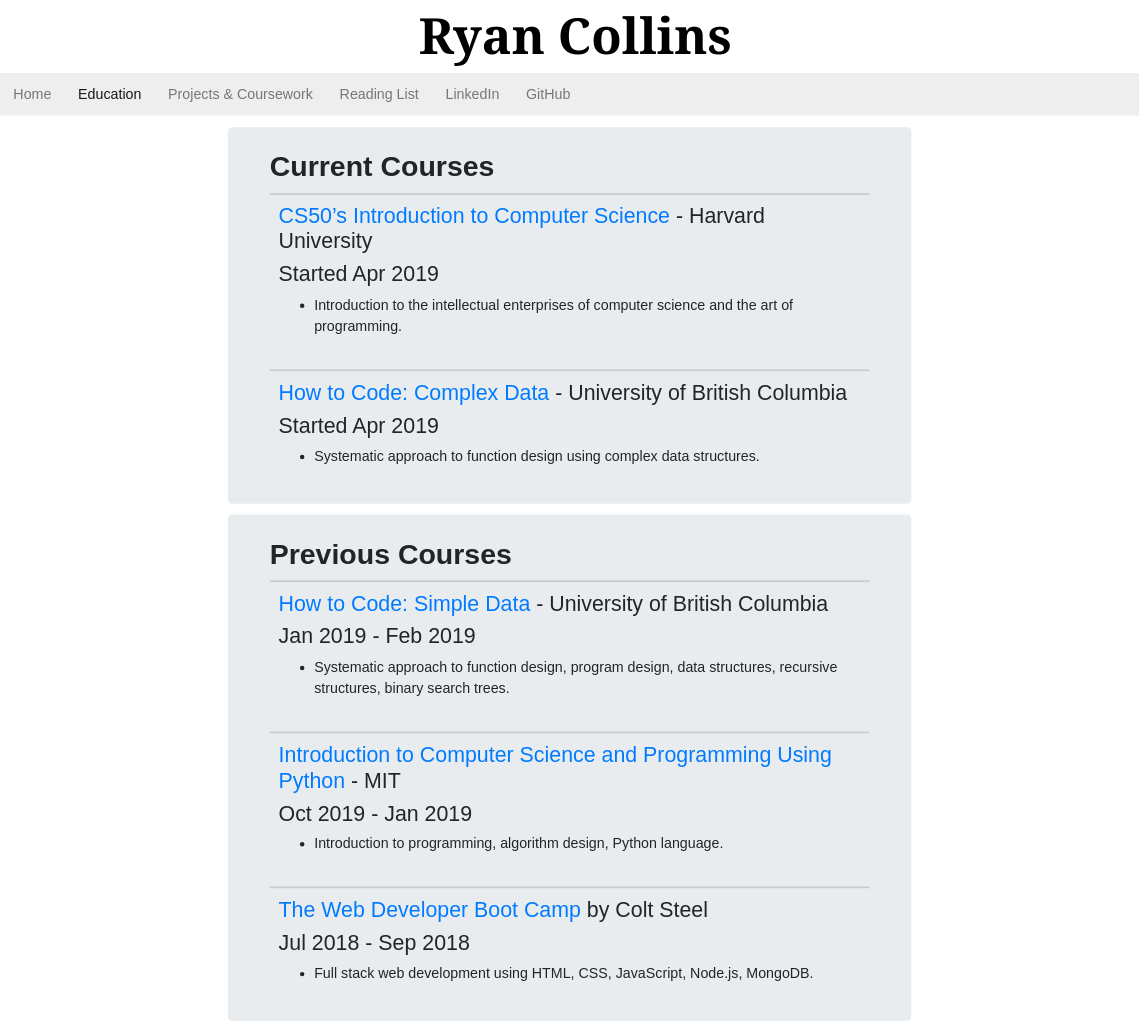
Repository: RyanMCollins/cs50
Page: pset5/homepage/education.html
The author's editor kept a record of every edit. The page is drawn from the files as they stood at one moment, then again after the next edit.
The browser window is 1280 px wide. The pictures show the whole page, at 89% of full size.

Above is the page before.

### pset5/homepage/education.html
<!DOCTYPE html>

<html lang="en">
    <head>
        <meta name="viewport" content="width=device-width, initial-scale=1, shrink-to-fit=no">
        <script src="https://code.jquery.com/jquery-3.3.1.slim.min.js" integrity="sha384-q8i/X+965DzO0rT7abK41JStQIAqVgRVzpbzo5smXKp4YfRvH+8abtTE1Pi6jizo" crossorigin="anonymous"></script>
        <script src="https://cdnjs.cloudflare.com/ajax/libs/popper.js/1.14.3/umd/popper.min.js" integrity="sha384-ZMP7rVo3mIykV+2+9J3UJ46jBk0WLaUAdn689aCwoqbBJiSnjAK/l8WvCWPIPm49" crossorigin="anonymous"></script>
        <script src="https://stackpath.bootstrapcdn.com/bootstrap/4.1.3/js/bootstrap.min.js" integrity="sha384-ChfqqxuZUCnJSK3+MXmPNIyE6ZbWh2IMqE241rYiqJxyMiZ6OW/JmZQ5stwEULTy" crossorigin="anonymous"></script>
        <link href="https://stackpath.bootstrapcdn.com/bootstrap/4.1.3/css/bootstrap.min.css" rel="stylesheet">
        <link href="styles.css" rel="stylesheet">
        <title>Education</title>
    </head>
    <body>
        <h1 id="site-title">
            <a href="/index">
                Ryan Collins
            </a>
        </h1>
        <nav class="navbar navbar-expand-lg navbar-light">
            <button class="navbar-toggler" type="button" data-toggle="collapse" data-target="#navbarSupportedContent"
            aria-controls="navbarSupportedContent" aria-expanded="false" aria-label="Toggle navigation">
                <span class="navbar-toggler-icon"></span>
            </button>

            <div class="collapse navbar-collapse" id="navbarSupportedContent">
                <div class="flex-even"></div>
                <div class="flex-even d-flex justify-content-center">
                    <ul class="navbar-nav" id="navbar-internal-links">
                      <li class="nav-item">
                        <a class="nav-link" href="/home">Home<span class="sr-only">(current)</span></a>
                      </li>
                      <li class="nav-item active">
                        <a class="nav-link" href="/education">Education<span class="sr-only">(current)</span></a>
                      </li>
                      <li class="nav-item">
                        <a class="nav-link" href="/projects">Projects & Coursework<span class="sr-only">(current)</span></a>
                      </li>
                      <li class="nav-item">
                        <a class="nav-link" href="/readlist">Reading List<span class="sr-only">(current)</span></a>
                      </li>
                    </ul>
                </div>
                <div class="flex-even d-flex justify-content-end">
                    <ul class="navbar-nav" id="navbar-external-links">
                      <li class="nav-item">
                        <a class="nav-link" target="_blank" href="https://linkedin.com/in/ryancollins2020">LinkedIn<span class="sr-only">(current)</span></a>
                      </li>
                      <li class="nav-item">
                        <a class="nav-link" target="_blank" href="https://github.com/RyanMCollins">GitHub<span class="sr-only">(current)</span></a>
                      </li>
                    </ul>
                </div>
            </div>
        </nav>
        <div class="jumbotron">
            <div class="container">
                <h2 class="main-header">
                    Current Courses
                </h2>
                <div class="sub-division">
                    <h4>
                        <a href="https://www.edx.org/course/cs50s-introduction-computer-science-harvardx-cs50x">
                            CS50’s Introduction to Computer Science
                        </a>
                        - Harvard University
                    </h4>
                    <h4>
                        Started Apr 2019
                    </h4>
                    <ul>
                        <li>
                            Introduction to the intellectual enterprises of computer science and the art of programming.
                        </li>
                    </ul>
                </div>
                <div class="sub-division">
                    <h4>
                        <a href="https://www.edx.org/course/how-code-complex-data-ubcx-htc2x">How to Code: Complex Data</a>
                        - University of British Columbia
                    </h4>
                    <h4>
                        Started Apr 2019
                    </h4>
                    <ul>
                        <li>
                            Systematic approach to function design using complex data structures.
                        </li>
                    </ul>
                </div>
            </div>
        </div>
        <div class="jumbotron">
            <div class="container">
                <h2 class="main-header">
                    Previous Courses
                </h2>
                <div class="sub-division">
                    <h4>
                        <a href="https://www.edx.org/course/how-code-simple-data-ubcx-htc1x">How to Code: Simple Data</a>
                        - University of British Columbia
                    </h4>
                    <h4>
                        Jan 2019 - Feb 2019
                    </h4>
                    <ul>
                        <li>
                            Systematic approach to function design, program design, data structures, recursive structures, binary search trees.

                        </li>
                    </ul>
                </div>
                <div class="sub-division">
                    <h4>
                        <a href="https://www.edx.org/course/introduction-to-computer-science-and-programming-using-python-0">
                            Introduction to Computer Science and Programming Using Python
                        </a>
                         - MIT
                    </h4>
                    <h4>
                        Oct 2019 - Jan 2019
                    </h4>
                    <ul>
                        <li>
                            Introduction to programming, algorithm design, Python language.
                        </li>
                    </ul>
                </div>
                <div class="sub-division">
                    <h4>
                        <a href="https://www.udemy.com/the-web-developer-bootcamp/">
                            The Web Developer Boot Camp
                        </a>
                         by Colt Steel
                    </h4>
                    <h4>
                        Jul 2018 - Sep 2018
                    </h4>
                    <ul>
                        <li>
                            Full stack web development using HTML, CSS, JavaScript, Node.js, MongoDB.
                        </li>
                    </ul>
                </div>
            </div>
        </div>
    </body>
</html>

### pset5/homepage/styles.css
body {
    font-size: 14;
    font-family: "Arial";
    min-height: 100vh;
}

#site-title {
    text-align: center;
    font-size: 350%;
    font-family: "Georgia";
    font-weight: bold;
    color: #000000;
    padding-left: 1%;
    padding-bottom: .7%;
    padding-top: .45%;
    margin: 0;
}

@media  screen and (max-width: 368px) {
    #site-title {
        font-size: 200%;
    }
}

#site-title a {
    color: inherit;
    text-decoration: none;
}

.navbar {
    padding: 0;
    /*padding: 0 1%;*/
    background-color: #eee;
}

.flex-break.flex-small {
    flex: 1;
}

.flex-break.flex-large {
    flex: 2;
}

@media  screen and (max-width: 990px) {
    .flex-break.flex-large, .flex-break.flex-small {
        justify-content: flex-start!important;
    }
}

.nav-item {
    padding: 0 5px;
    margin: 4px 2px;
}

.jumbotron {
    margin: 1% 20%;
    padding-top: 2%;
    padding-bottom: 5px;
}

.main-header {
    font-size: 200%;
    font-weight: bold;
}

.sub-division {
    border-top: solid #cccccc 2px;
    margin-top: 10px;
    margin-bottom: 10px;
    padding: 10px;
}

.sub-division-header {
    display: flex;
    padding-bottom: 15px;
}

.sub-division-title {
    font-size: 24px;
    float: left;
    margin-bottom: 0px;
    margin-top: auto;
}

.sub-division-appendice {
    font-size: 18px;
    margin-bottom: 0px;
    margin-top: auto;
}

.sub-division-appendice.date {
    margin-right: 0px;
    margin-left: auto;
}

.sub-division-author {
    font-size: 20px;
    padding-bottom: 10px;
}

After the next edit:
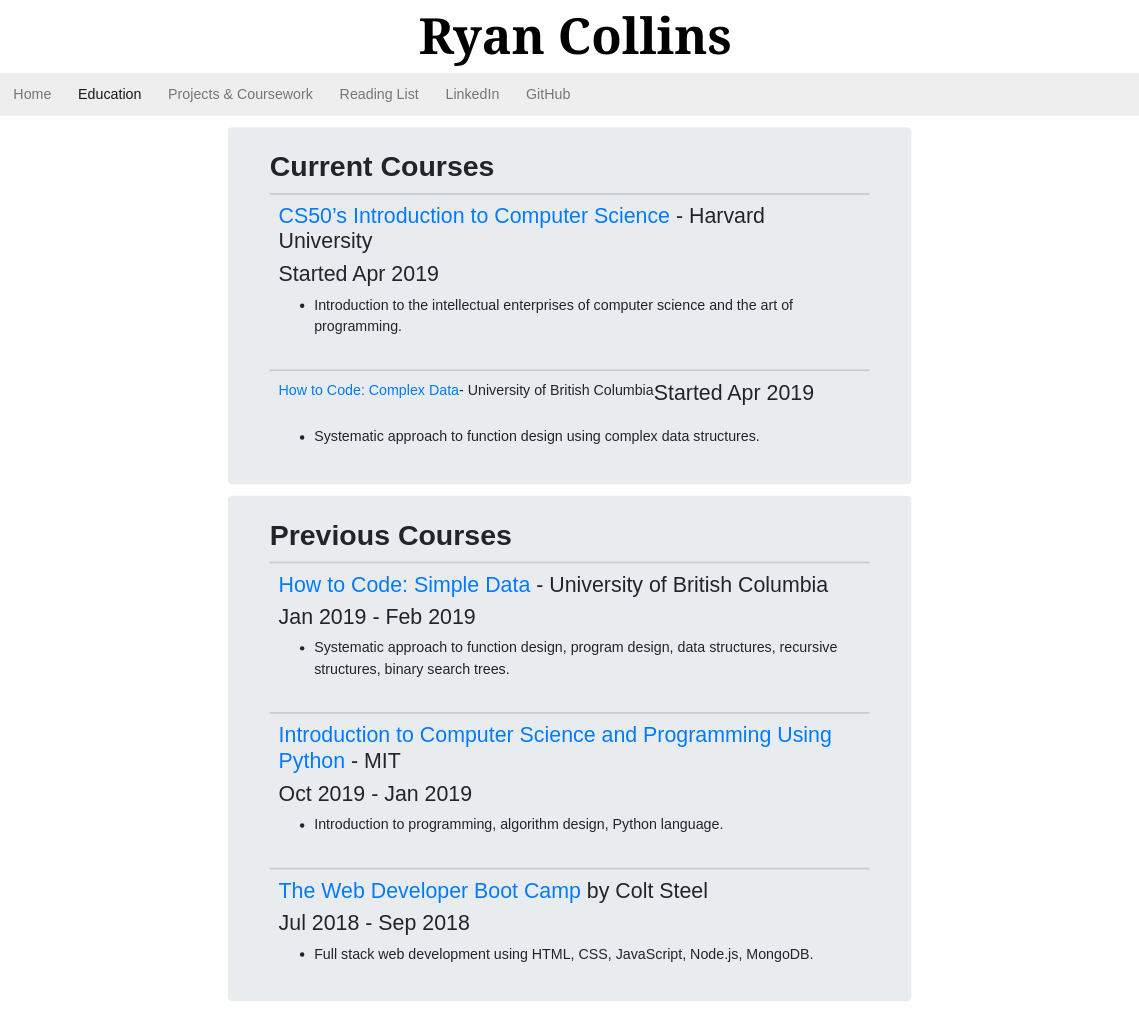
The edit:
--- a/pset5/homepage/education.html
+++ b/pset5/homepage/education.html
@@ -74,13 +74,15 @@
                     </ul>
                 </div>
                 <div class="sub-division">
-                    <h4>
-                        <a href="https://www.edx.org/course/how-code-complex-data-ubcx-htc2x">How to Code: Complex Data</a>
-                        - University of British Columbia
-                    </h4>
-                    <h4>
-                        Started Apr 2019
-                    </h4>
+                    <div class="sub-division-header"
+                        <h4>
+                            <a href="https://www.edx.org/course/how-code-complex-data-ubcx-htc2x">How to Code: Complex Data</a>
+                            - University of British Columbia
+                        </h4>
+                        <h4>
+                            Started Apr 2019
+                        </h4>
+                    </div>
                     <ul>
                         <li>
                             Systematic approach to function design using complex data structures.
